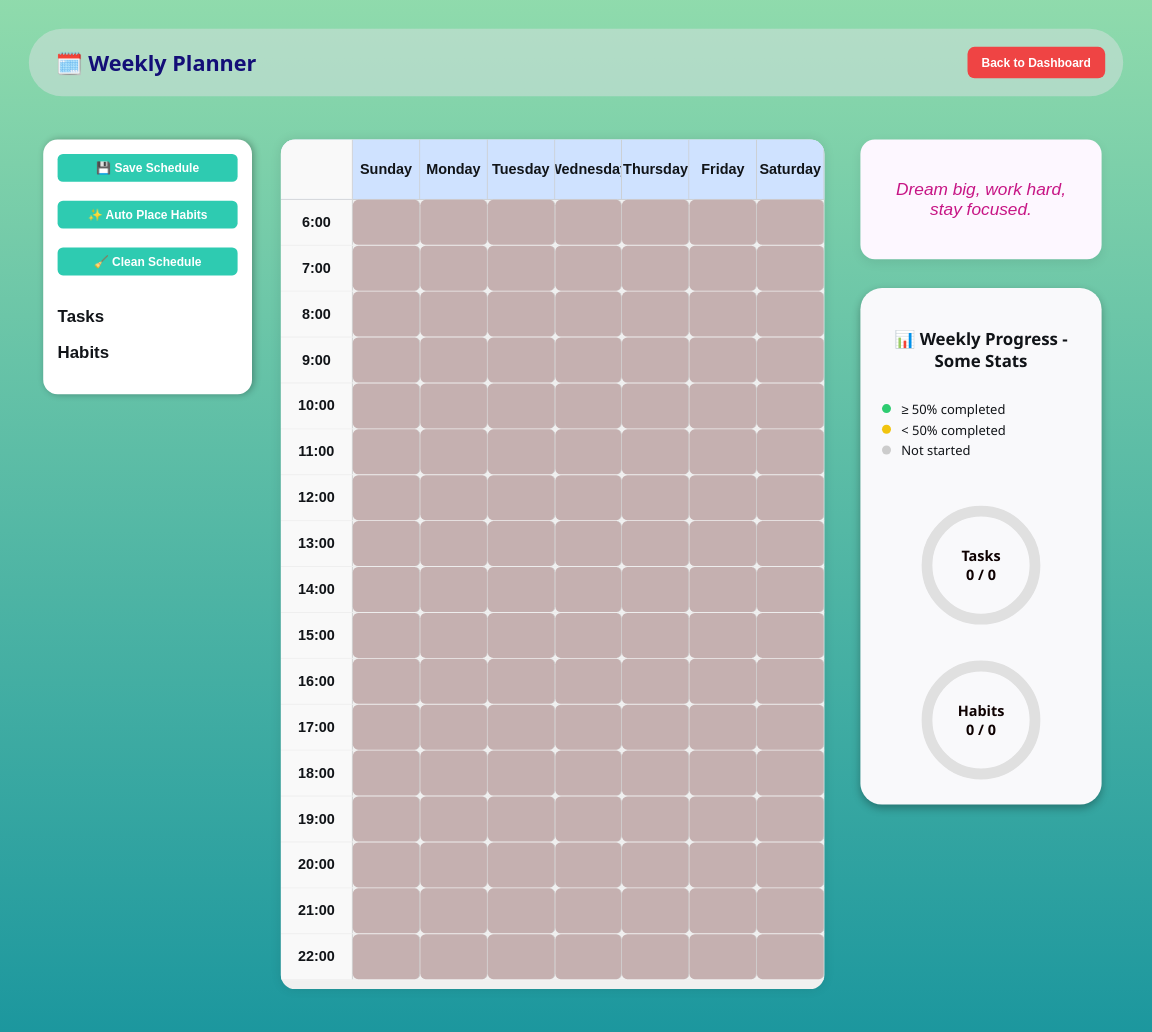
Repository: RachelB9913/smart-task-and-habit-tracker
Page: /schedule
These files come from the project's save history. The page is drawn as it stood at one moment and after the next save; the edit follows.
The browser window is 1280 px wide. The pictures show the whole page, at 90% of full size.
An inner scrolling area shows only its first screen. The project was rebuilt for these pictures with package versions that can differ from the ones it lists, and the page was loaded fresh each time. Also part of the build but not shown: src/components/PageWrapper.js, src/components/welcome.js, src/services/api.js, src/components/Login.js, src/components/Register.js, src/components/DashBoard.js.

Above is the page before, as saved 2025-06-29 21:38:25.

### src/App.js
import { BrowserRouter as Router, Routes, Route } from 'react-router-dom';
import Welcome from './components/welcome';
import Login from './components/Login';
import Register from './components/Register';
import Dashboard from './components/DashBoard';
import SchedulePlanner from './components/SchedulePlanner';


function App() {
  return (
    <Router>
      <Routes>
        <Route path="/" element={<Welcome />} />
        <Route path="/login" element={<Login />} />
        <Route path="/register" element={<Register />} />
        <Route path="/dashboard" element={<Dashboard />} />
        <Route path="/schedule" element={<SchedulePlanner />} />
      </Routes>
    </Router>
  );
}

export default App;

### src/App.css
html, body, #root {
  height: 100%;
  margin: 0;
  padding: 0;
  box-sizing: border-box;
}

form input {
  width: 100%;
  padding: 0.75rem;
  margin-bottom: 1rem;
  border: 1px solid #ddd;
  border-radius: 0.5rem;
  font-size: 1rem;
  transition: border-color 0.2s;
}

form input:focus {
  border-color: #6366f1; /* Indigo */
  outline: none;
}

form button,
.form-container button {
  width: 100%;
  padding: 0.75rem;
  font-size: 1rem;
  color: white;
  background-color: #6d6ed0; /* Indigo */
  border: none;
  border-radius: 0.5rem;
  cursor: pointer;
  transition: background-color 0.2s;
}

form button:hover,
.form-container button:hover {
  background-color: #4f46e5; /* Darker Indigo */
}

.form-container {
  max-width: 400px;
  margin: 100px auto;
  padding: 2rem;
  background-color: white;
  border-radius: 1rem;
  box-shadow: 0 8px 20px rgba(0, 0, 0, 0.1);
  text-align: center;
}

h2 {
  margin-bottom: 1.5rem;
  color: #130e77;
  font-size: 2rem;
  font-weight: 500;

}

.welcome-root {
  font-family: 'Manrope', 'Noto Sans', sans-serif;
  background: linear-gradient(to bottom, hsl(143, 51%, 71%), #1c979e);
  color: #111418;
  min-height: 100vh;
  display: flex;
  flex-direction: column;
}

.welcome-header {
  display: flex;
  justify-content: space-between;
  align-items: center;
  padding: 0rem 2rem;
  border-bottom: 1px solid #030f21;
  background-color: rgb(255, 255, 255);
}

.logo-area {
  display: flex;
  align-items: center;
  gap: 0.5rem;
}

.nav-links, .nav-actions {
  display: flex;
  gap: 1rem;
  align-items: center;
}

.nav-links a, .footer a {
  text-decoration: none;
  font-weight: 500;
  color: #111418;
}

.nav-actions button {
  padding: 0.5rem 1rem;
  border-radius: 8px;
  border: none;
  font-weight: bold;
  cursor: pointer;
}

/* top buttons */
.nav-actions button:first-child {
  background: #0c7ff2;
  color: white;
}

.nav-actions button:first-child:hover {
  background: #0361bf; /* new hover color */
  color: #e3e3e3;      /* optional: change text color on hover */
}

.nav-actions button:last-child {
  background: #f0f2f5;
  color: #111418;
}

.nav-actions button:last-child:hover {
  background: #b5b8bd; /* new hover color */
  color: #0c7ff2;      /* optional: change text color on hover */
}

.welcome-hero {
  background: transparent;
  padding: 3rem 2rem;
  text-align: center;
  color: rgb(1, 0, 9);
}

.welcome-hero h1 {
  font-size: 2.5rem;
  font-weight: 800;
}

.hero-actions {
  margin-top: 2rem;
  display: flex;
  justify-content: center;
  gap: 1rem;
}

.hero-actions button {
  padding: 0.75rem 1.5rem;
  font-weight: bold;
  border-radius: 8px;
  border: none;
  cursor: pointer;
}

/* center buttons */
.hero-actions button:first-child {
  background-color: #0c7ff2;
  color: white;
}

.hero-actions button:first-child:hover {
  background-color: #0c7ff2;
  color: white;
  border: #0d1101 1px solid;
}

.hero-actions button:last-child {
  background-color: #f0f2f5;
  color: #111418;
}

.hero-actions button:last-child:hover {
  background-color: #f0f2f5;
  color: #111418;
  border: #0d1101 1px solid;
}

.features {
  padding: 3rem 2rem;
  text-align: center;
}

.feature-cards {
  display: flex;
  gap: 1rem;
  flex-wrap: wrap;
  justify-content: center;
  margin-top: 2rem;
}

.feature-card {
  background: white;
  padding: 1.5rem;
  border-radius: 12px;
  border: 1px solid #052246;
  max-width: 300px;
  text-align: left;
  text-align: center;
  box-shadow: 0 4px 10px rgba(0, 0, 0, 0.5);

}

.footer {
  text-align: center;
  padding: 2rem;
  font-size: 1.1rem;
  color: #0d1101;
}

.register-background {
  background: linear-gradient(to left top, hsl(143, 51%, 71%), #1c979e);
  min-height: 100vh;
  display: flex;
  align-items: center;
  justify-content: center;
}

.login-background {
  background: linear-gradient(to right bottom, hsl(143, 51%, 71%), #1c979e);
  min-height: 100vh;
  display: flex;
  align-items: center;
  justify-content: center;
}

### src/components/Auth.css
.auth-container {
  max-width: 400px;
  margin: 60px auto;
  padding: 2rem;
  background-color: #f8f9fa;
  border-radius: 12px;
  box-shadow: 0 2px 10px rgba(0, 0, 0, 0.1);
}

.auth-form {
  display: flex;
  flex-direction: column;
  gap: 1rem;
}

.auth-form input {
  padding: 0.75rem;
  border-radius: 8px;
  border: 1px solid #ccc;
  font-size: 1rem;
}

.auth-form button {
  padding: 0.75rem;
  background-color: #007bff;
  color: white;
  border: none;
  border-radius: 8px;
  font-size: 1rem;
  cursor: pointer;
}

.auth-form button:hover {
  background-color: #0056b3;
}


.dashboard-header {
  display: flex;
  justify-content: flex-end;
  padding: 20px;
}

.dashboard-header button {
  padding: 10px 16px;
  background-color: #ef4444; /* red */
  color: white;
  border: none;
  border-radius: 8px;
  font-weight: bold;
  cursor: pointer;
}

.dashboard-header button:hover {
  background-color: #ad2626;
}

.button-group {
  display: flex;
  flex-direction: column;
  gap: 10px; /* Adjust the space between buttons */
}

### src/Dashboard.css
/* Dashboard.css */

.dashboard-container {
  font-family: 'Manrope', 'Noto Sans', sans-serif;
  min-height: 100vh;
  padding: 2rem;
  transition: background-color 0.3s ease;
  color: #111418;
}

.dashboard-container.light {
  background: linear-gradient(to bottom, hsl(143, 51%, 71%), #1c979e);
}

.dashboard-header {
  display: flex;
  justify-content: space-between;
  align-items: center;
  padding: 20px;
  background-color: rgba(218, 226, 226, 0.5);
  color: #031d3e;
  border-radius: 3rem;
  margin-bottom: 2rem;
}

.header-left {
  display: flex;
  align-items: center;
  justify-content: flex-start;
  flex: 1; /* allows the left side to take up space */
}

.header-left h2 {
  margin: 0;
  padding-left: 10px;
  font-weight: 700;
  font-size: 1.5rem;
}

.toggle-button,
.bg-toggle {
  padding: 0.6rem 1.2rem;
  font-weight: bold;
  border-radius: 8px;
  border: none;
  cursor: pointer;
  font-size: 1rem;
  background-color: #0c7ff2;
  color: white;
  transition: background-color 0.2s ease;
}

.toggle-button:hover,
.bg-toggle:hover {
  background-color: #035fd0;
}

.add-button {
  width: 30px;
  height: 30px;
  border-radius: 50%;
  font-size: 20px;
  background-color: hsl(211, 69%, 59%);
  color: white;
  border: none;
  cursor: pointer;
  transition: background-color 0.3s ease;
}

.add-button:hover {
  background-color: #0056b3;
}

.toggle-button {
  display: block;
  margin: 1rem auto;
}

.task-section,
.habit-section {
  background-color: white;
  color: #111418;
  max-width: 650px;
  margin: 1rem auto;
  padding: 1rem 1.5rem;
  border-radius: 1rem;
  box-shadow: 0 6px 12px rgba(120, 8, 226, 0.1);
}

.task-section ul,
.habit-section ul {
  list-style-type: none;
  padding: 0;
}

.task-section li,
.habit-section li {
  padding: 0.5rem 0;
  border-bottom: 1px solid #ddd;
}

.task-section li:last-child,
.habit-section li:last-child {
  border-bottom: none;
}

h1 {
  text-align: center;
  font-size: 2rem;
  margin-bottom: 2rem;
  color: #031d3e;
  font-weight: 1000;
}

.logout-button {
  background-color: #e74c3c;
  color: white;
  border: none;
  padding: 8px 12px;
  border-radius: 5px;
  cursor: pointer;
}

.logout-button:hover {
  background-color: #c0392b;
}

.form-popup-overlay {
  position: fixed;
  top: 0;
  left: 0;
  height: 100vh;
  width: 100vw;
  background: rgba(0, 0, 0, 0.3);
  display: flex;
  align-items: center;
  justify-content: center;
  z-index: 999;
}

.form-popup {
  background: white;
  padding: 2rem;
  border-radius: 1rem;
  box-shadow: 0 0 20px rgba(0,0,0,0.2);
  display: flex;
  flex-direction: column;
  gap: 1rem;
  width: 300px;
}

.task-item {
  padding: 0.5rem 0;
  border-bottom: 1px solid #ddd;
}

.task-content {
  display: flex;
  align-items: flex-start;
}

.task-content input[type="checkbox"] {
  margin-top: 0.7rem;
  margin-left: 0.9rem;
  transform: scale(1.2);
  cursor: pointer;
}

.task-details {
  flex: 1;
  padding: 0.5rem 0.75rem; /* ← Add this for internal spacing */
  border-radius: 0.5rem;
}

.task-done {
  opacity: 0.5;
  text-decoration: line-through;
}

.task-item {
  background-color: white;
  margin-bottom: 0.5rem;
  border-radius: 0.5rem;
  box-shadow: 0 1px 3px rgba(0,0,0,0.1);
  transition: transform 0.2s ease;
}

.task-actions {
  display: flex;
  flex-direction: column;
  gap: 0.3rem;
}

.edit-button, .delete-button {
  background: none;
  border: black;
  border-radius: 0.5rem;
  cursor: pointer;
  font-size: 1rem;
  transition: color 0.2s;
}

.edit-button:hover {
  color: #0a58ca;
}

.delete-button:hover {
  color: #dc3545;
}

.task-section li strong,
.habit-section li strong {
  font-weight: 700;
  font-size: 1rem;
  color: #031d3e;
}

.task-section li em,
.habit-section li em {
  font-style: italic;
  color: #555;
}

.task-section li,
.habit-section li {
  font-family: 'Manrope', 'Noto Sans', sans-serif;
  font-size: 0.95rem;
  font-weight: lighter;
}

### src/components/SchedulePlanner.css
.stats-wrapper {
  display: flex;
  flex-direction: column;
  gap: 1.5rem;
  align-items: center;
  padding: 1rem;
}

.quote-panel {
  background-color: #fdf7ff;
  color: mediumvioletred;
  padding: 1.5rem;
  border-radius: 16px;
  text-align: center;
  box-shadow: 0 4px 12px rgba(0, 0, 0, 0.08);
  font-size: 1.2rem;
  font-style: italic;
  display: flex;
  justify-content: center;
  align-items: center;
  min-height: 85px;
  width: 100%;
  max-width: 220px;
}

.quote-panel:hover {
  color: #1f16cd;
}

.stats-wrapper .stats-panel {
  width: 100%;
  max-width: 220px;
}

.planner-container {
  display: flex;
  align-items: stretch;
  height: auto;
  min-height: calc(var(--row-count) * var(--cell-height));
  font-family: 'Manrope', sans-serif;
}

.task-sidebar {
  flex-shrink: 0;
  width: 200px;
  background: white;
  padding: 1rem;
  box-shadow: 2px 0 8px rgba(0,0,0,0.3);
  border-radius: 1rem;
  margin: 1rem;
  height: fit-content;
}

.task-item {
  background: hsl(210, 34%, 76%);
  color: #031d3e;
  margin: 0.5rem 0;
  padding: 0.6rem;
  border-radius: 10px;
  font-weight: 600;
  box-shadow: 0 2px 4px rgba(0,0,0,0.1);
}

:root {
  --cell-height: 55.5px;
}

.calendar-grid {
  display: grid;
  grid-template-rows: repeat(var(--row-count), 1fr);
  height: calc(var(--row-count) * var(--cell-height));
  flex: 1;
  overflow: auto;
  margin: 1rem;
  border-radius: 1rem;
  background: rgb(240, 240, 240);
  box-shadow: 0 0 12px rgba(0, 0, 0, 0.1);
}


.grid-header {
  display: grid;
  grid-template-columns: 80px repeat(7, 1fr); /* hour + 7 days */
  background: #cfe2ff;
  font-weight: bold;
  border-bottom: 1px solid #ccc;
}

.grid-body .row {
  display: grid;
  grid-template-columns: 80px repeat(7, 1fr); /* same as above */
  border-bottom: 1px solid #eee;
}

.cell {
  height: auto;
  padding: 0.5rem;
  border-right: 1px solid #ccc;
  overflow: hidden;
}

.hour-cell {
  display: flex;
  align-items: center;
  justify-content: center;
  background: #f9f9f9;
  font-weight: bold;
  border-right: 1px solid #ccc;
}

.time-slot {
  background-color: #c5b0b0;
  border-radius: 6px;
  height: 50px;
  display: flex;
  justify-content: center;
  align-items: center;
  padding: 0;
}

.time-slot:hover {
  background-color: #e7f5ff;
  cursor: pointer;
}

.day-cell {
  display: flex;
  align-items: center;
  justify-content: center;
  text-align: center;
  background: #cfe2ff;
  border-right: 1px solid #ccc;
  height: 50px;
  font-weight: 600;
}

.scheduled-task {
  display: flex;
  flex-direction: column;
  background-color: #a8dadc;
  border: 1px solid #3dbd19;
  padding: 2px 6px;
  border-radius: 6px;
  font-weight: 500;
  font-size: 0.8rem;
  text-align: center;
  display: flexbox;
  justify-content: space-between;
  align-items: center;
  overflow: hidden;
  text-overflow: ellipsis;
}

.scheduled-task.habit-task {
  background-color: #a8dadc;
  border: 1px solid #7e2fbe;
  padding: 2px 5px;
  border-radius: 6px;
  font-weight: 500;
  font-size: 0.8rem;
  text-align: center;
  display: flexbox;
  justify-content: space-between;
  align-items: center;
  overflow: hidden;
  text-overflow: ellipsis;
}

.done-task {
  background-color: #90ee90 !important; /* light green for done tasks */
  border: 1px solid #3dbd19 !important;
}

.remove-btn {
  background: none;
  border: none;
  color: #d00000;
  font-size: 0.8rem;
  cursor: pointer;
  margin-left: 0rem;
  margin-right: 0.6rem;
}

.grayed-out {
  opacity: 0.5;
  pointer-events: none;
}

.save-button {
  margin-bottom: 1rem;
  padding: 0.5rem 1rem;
  background-color: #2ecbb1;
  color: white;
  border: none;
  border-radius: 6px;
  font-weight: bold;
  cursor: pointer;
  transition: background-color 0.2s ease;
}

.save-button:hover {
  background-color: #137969;
}

.save-button-container {
  display: flex;
  justify-content: center;
  margin-bottom: 1rem;
}

.mark-done-btn {
  background: none;
  border: none;
  color: green;
  font-size: 1rem;
  cursor: pointer;
}

.vertical-buttons {
  display: flex;
  flex-direction: column;
  gap: 5px;
}

.habit-icons {
  margin: 0;
  padding: 0;
  border: none;
  display: flex;
  flex-wrap: wrap;
  gap: 0;
  justify-content: center;
}

.duplicate-btn {
  gap: 0;
  background: none;
  border: none;
  font-size: 1rem;
  cursor: pointer;
}

.modal-overlay {
  position: fixed;
  top: 0;
  left: 0;
  width: 100%;
  height: 100%;
  backdrop-filter: blur(6px);
  background-color: rgba(0, 0, 0, 0.3);
  display: flex;
  align-items: center;
  justify-content: center;
  z-index: 1000;
  padding: 1rem;
}

.modal-content {
  background-color: white;
  padding: 2rem;
  border-radius: 12px;
  box-shadow: 0 8px 24px rgba(0, 0, 0, 0.2);
  text-align: center;
  animation: fadeIn 0.3s ease;
  min-width: 15vw;
  max-width: 70vw;
  min-height: 100px;
  padding: 2rem;
  font-size: larger;
}

@media (max-width: 600px) {
  .modal-content {
    min-width: 90vw;
    padding: 0.5rem;
  }
}

.modal-buttons {
  margin-top: 1rem;
  display: flex;
  justify-content: space-around;
  gap: 1rem;
}

.confirm-btn, .cancel-btn {
  padding: 0.6rem 1.2rem;
  border-radius: 8px;
  border: none;
  cursor: pointer;
  font-size: medium;
  font-weight: bold;
  transition: background-color 0.2s ease;
}

.confirm-btn {
  background-color: #4CAF50;
  color: white;
  font-weight: lighter;
}

.cancel-btn {
  background-color: #f44336;
  color: white;
  font-weight: lighter;
}

.confirm-btn:hover {
  background-color: #45a049;
}

.cancel-btn:hover {
  background-color: #d32f2f;
}

@keyframes fadeIn {
  from { opacity: 0; transform: scale(0.9); }
  to { opacity: 1; transform: scale(1); }
}

.stat-circle.full-gold {
  background-color: gold;
  border-radius: 50%;
  padding: 0.3rem;
}

@media (max-width: 900px) {
  .planner-container {
    flex-direction: column;
    height: auto;
  }
  .task-sidebar, .calendar-grid {
    max-width: 100%;
    margin: 0.5rem 0;
  }
  .stats-panel {
    width: 100%;
    max-width: 230px;
    min-width: 180px;
    box-sizing: border-box;
  }
}

### src/components/StatisticsPanel.css
.stat-label {
  position: absolute;
  top: 0;
  left: 0;
  width: 100%;
  height: 100%;
  display: flex;
  flex-direction: column;
  align-items: center;
  justify-content: center;
  font-weight: bold;
  font-size: 1rem;
  color: #0e0101;
}

.stats-panel {
  position: sticky;
  top: 1rem;
  align-self: flex-start;
  background: #f9f9fb;
  border-radius: 1.5rem;
  box-shadow: 0 4px 10px rgba(0, 0, 0, 0.3);
  font-family: 'Segoe UI', sans-serif;
  padding: 1.5rem;
  margin: 0.5rem;
  display: flex;
  flex-direction: column;
  gap: 2rem;
  max-width: 230px;
}

.stat-circle {
  position: relative;
  width: 140px;
  height: 140px;
  margin: 0 auto;
}

.stat-circle svg {
  transform: rotate(-90deg);
  width: 100%;
  height: 100%;
}

.stat-bg,
.stat-fill {
  fill: none;
  stroke-width: 12;
  stroke-linecap: round;
}

.stat-bg {
  stroke: #e0e0e0;
}

.stat-fill {
  fill: none;
  stroke-width: 12;
  stroke-linecap: round;
  transition: stroke-dashoffset 0.5s ease;
}

.stat-label {
  position: absolute;
  top: 50%;
  left: 50%;
  transform: translate(-50%, -50%);
  text-align: center;
}

.stat-label strong {
  display: block;
  font-size: 1.1rem;
  color: #333;
}

.progress-ring circle {
  transition: stroke-dashoffset 0.6s ease-out;
}

.stats-circle {
  position: relative;
  cursor: help;
}
.stats-circle:hover::after {
  content: attr(data-tooltip);
  position: absolute;
  top: -1.5rem;
  left: 50%;
  transform: translateX(-50%);
  background: #444;
  color: #fff;
  padding: 0.3em 0.5em;
  border-radius: 4px;
  font-size: 0.8rem;
  white-space: nowrap;
  z-index: 10;
}

.legend {
  display: flex;
  flex-direction: column;
  gap: 4px;
  margin-top: -1rem;
  margin-bottom: 1rem;
  align-items: flex-start;
}

.legend-item {
  display: flex;
  align-items: center;
  gap: 0.4rem;
  font-size: 0.9rem;
}

.dot {
  display: inline-block;
  width: 10px;
  height: 10px;
  margin-right: 5px;
  border-radius: 50%;
}
.green { background: #2ecc71; }
.yellow { background: #f1c40f; }
.gray { background: #ccc; }

.celebration-message {
  margin-top: 0rem;
  font-weight: bold;
  font-size: 1.1rem;
  color: #27ae60;
  text-align: center;
  animation: pop 0.6s ease;
}

@keyframes pop {
  0% { transform: scale(0.8); opacity: 0; }
  50% { transform: scale(1.1); opacity: 1; }
  100% { transform: scale(1); }
}

Loaded but not shown: public/index.html (common file); src/index.js (common file); src/index.css (common file); src/reportWebVitals.js (common file); src/components/SchedulePlanner.js (688 lines, source omitted); src/components/StatisticsPanel.js (169 lines, source omitted)

After the next save:
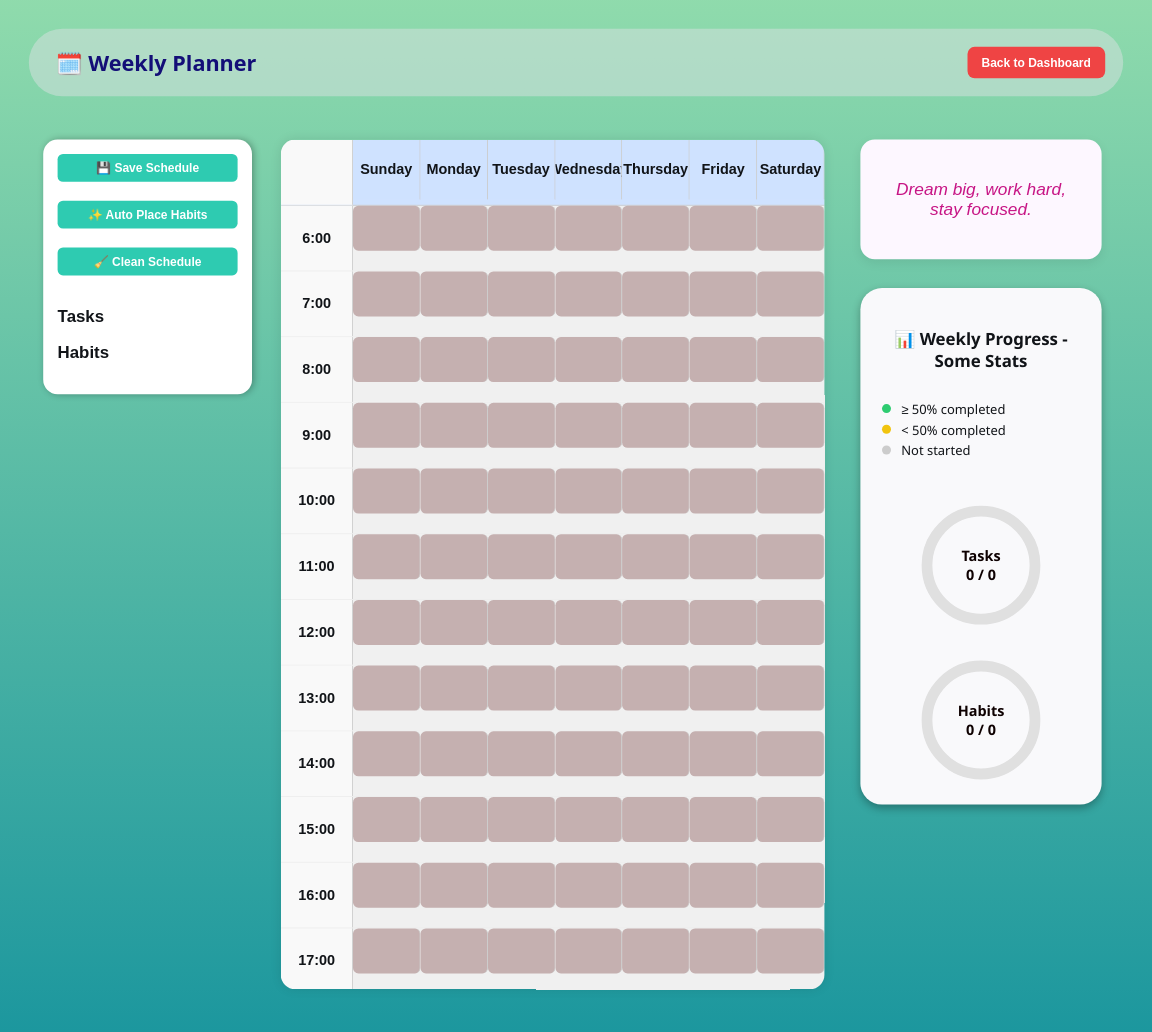
Saved 4 min 41 s later.
--- a/src/components/SchedulePlanner.css
+++ b/src/components/SchedulePlanner.css
@@ -97,6 +97,7 @@
   padding: 0.5rem;
   border-right: 1px solid #ccc;
   overflow: hidden;
+  height: 56px;
 }
 
 .hour-cell {

After the save that followed:
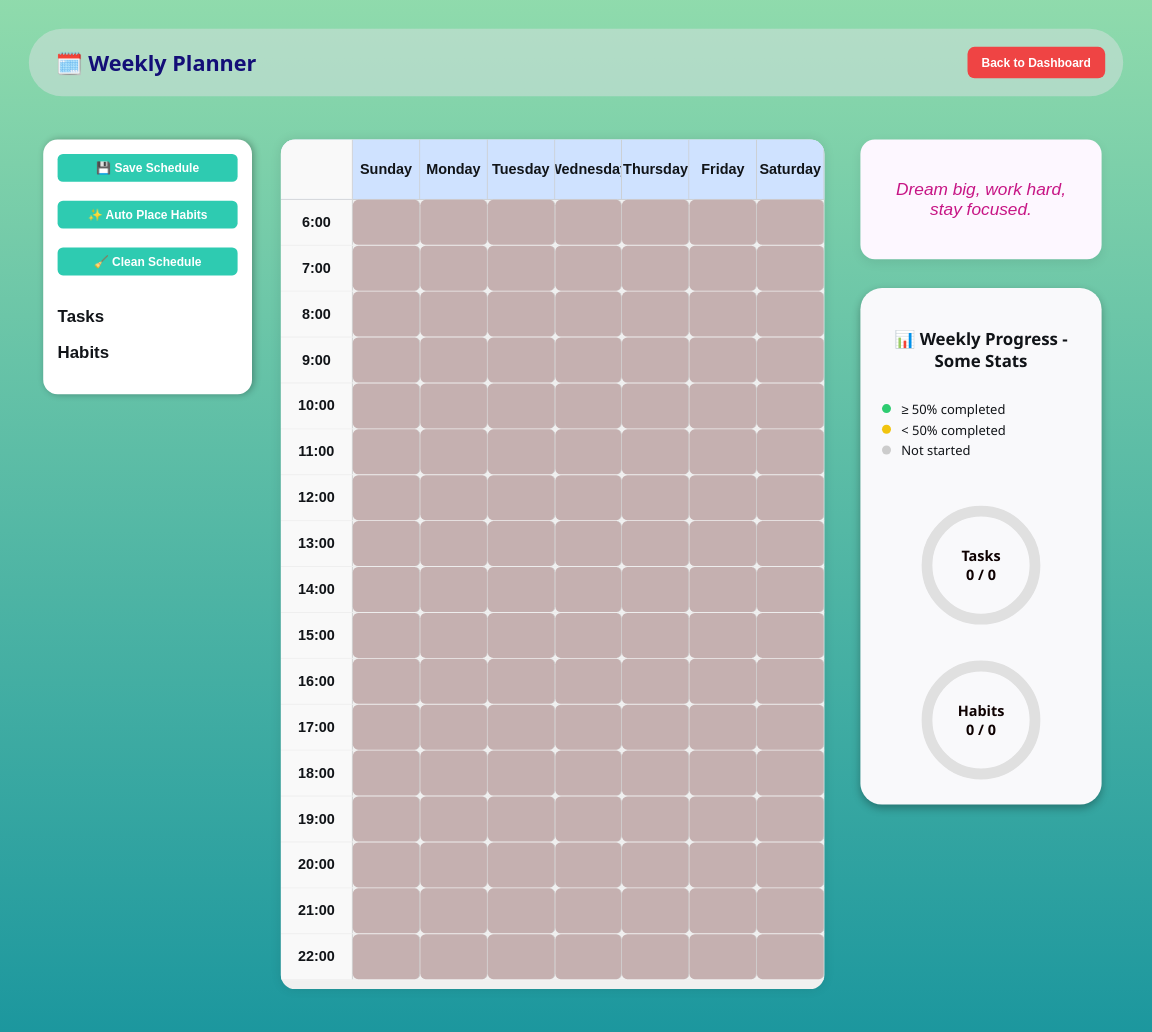
Saved 4 s later.
--- a/src/components/SchedulePlanner.css
+++ b/src/components/SchedulePlanner.css
@@ -97,7 +97,6 @@
   padding: 0.5rem;
   border-right: 1px solid #ccc;
   overflow: hidden;
-  height: 56px;
 }
 
 .hour-cell {
